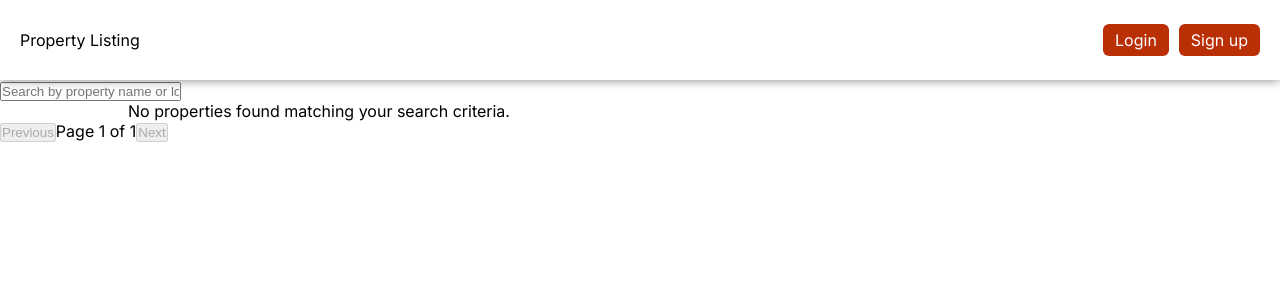
Repository: rehmanwahalah/property-fe
Page: /
The author's editor kept a copy of each file at every save. The page is drawn from the files as they stood at one save, then again after the next save.
The browser window is 1280 px wide. The pictures show the whole page.
The page's requests for data from a server got no answer. The project was rebuilt for these pictures with package versions that can differ from the ones it lists, and the page was loaded fresh each time. The framework's server and built-in components were replaced by stand-ins that run in the browser. No one was signed in, and anything a server would have sent is missing. Also part of the build but not shown: next.config.mjs, src/app/components/Card/card.module.css, src/app/components/Button/button.module.css, src/app/components/Button/index.js, src/app/components/Card/index.js, src/app/components/Modal/modal.module.css, src/app/components/Modal/index.js.

Above is the page before, as saved 2024-09-04 22:55:04.

### src/app/page.js
"use client"; // Add this directive at the top

import React, { useEffect, useState, useCallback } from "react";
import classes from "./page.module.css";
import Card from "./components/Card";
import NavbarCustom from "./components/Navbar";
import { propertyService } from "@/services/property.service";

export default function Home() {
  const [listings, setListings] = useState([]);
  const [searchTerm, setSearchTerm] = useState(""); // Search term state
  const [currentPage, setCurrentPage] = useState(1); // Current page state
  const [totalPages, setTotalPages] = useState(1); // Total pages state
  const [isLoading, setIsLoading] = useState(false); // Loading state

  const fetchProperties = async (search = "", page = 1) => {
    setIsLoading(true);
    try {
      // Pass search term and page to API
      const resp = await propertyService.getPropertyListings(search, page, 20);
      if (resp.status === 200) {
        console.log(`RESP =>`, resp);

        setListings(resp.data.data); // Set the listings data
        setTotalPages(resp.data.totalPages); // Set the total pages
      }
    } catch (error) {
      console.log(error);
    } finally {
      setIsLoading(false);
    }
  };

  // Fetch properties when the component mounts or when page/search changes
  useEffect(() => {
    fetchProperties(searchTerm, currentPage);
  }, [searchTerm, currentPage]);

  // Debounce function to delay search API calls until user stops typing
  const debounce = (func, delay) => {
    let debounceTimer;
    return (...args) => {
      clearTimeout(debounceTimer);
      debounceTimer = setTimeout(() => func.apply(this, args), delay);
    };
  };

  // Handle search input and debounce it
  const handleSearch = (e) => {
    const searchValue = e.target.value;
    setSearchTerm(searchValue);
  };

  // Debounced search function (wait for 500ms after user stops typing)
  const debouncedSearch = useCallback(debounce(handleSearch, 500), []);

  // Handle page change
  const handlePageChange = (newPage) => {
    if (newPage >= 1 && newPage <= totalPages) {
      setCurrentPage(newPage);
    }
  };

  return (
    <>
      <NavbarCustom />

      {/* Search Input */}
      <div className={classes.searchWrapper}>
        <input
          type="text"
          placeholder="Search by property name or location"
          onChange={debouncedSearch} // Debounced search input
          className={classes.searchInput}
        />
      </div>

      <main className={classes.main}>
        {isLoading ? (
          <p>Loading...</p>
        ) : (
          <section className={`container ${classes.cardsWrapper}`}>
            {listings.length > 0 ? (
              listings.map((property, i) => (
                <React.Fragment key={i}>
                  <Card property={property} />
                </React.Fragment>
              ))
            ) : (
              <p>No properties found matching your search criteria.</p>
            )}
          </section>
        )}

        {/* Pagination Controls */}
        <div className={classes.paginationWrapper}>
          <button
            onClick={() => handlePageChange(currentPage - 1)}
            disabled={currentPage === 1}
          >
            Previous
          </button>
          <span>
            Page {currentPage} of {totalPages}
          </span>
          <button
            onClick={() => handlePageChange(currentPage + 1)}
            disabled={currentPage === totalPages}
          >
            Next
          </button>
        </div>
      </main>
    </>
  );
}

### src/app/globals.css
* {
  box-sizing: border-box;
  padding: 0;
  margin: 0;
}
.container{
  max-width: 80%;
  margin: 0 auto;
}
.errorText {
  color: red;
  font-size: 0.875rem; /* Adjust the size as needed */
  margin-top: 0.25rem; /* Space between the input and error message */
}

### src/app/page.module.css
.cardsWrapper{
    display: flex;
    flex-wrap: wrap;
    gap: 20px;
}

### src/app/components/Navbar/index.js
"use client";

import React, { useState } from "react";
import classes from "./navbar.module.css";
import Modal from "../Modal";
import { authService } from "@/services/auth";
import {
  getUserData,
  removeUserData,
  setUserData,
} from "../../../../utils/localstorage";

const NavbarCustom = () => {
  const [isLoginModalOpen, setIsLoginModalOpen] = useState(false);
  const [isSignupModalOpen, setSignupModalOpen] = useState(false);
  const [loginForm, setLoginForm] = useState({ email: "", password: "" });
  const [signupForm, setSignupForm] = useState({
    name: "",
    email: "",
    password: "",
    confirmPassword: "",
  });

  // Add a state to track user login/logout status
  const [isLoggedOut, setIsLoggedOut] = useState(false);

  const userData = getUserData();

  const [formErrors, setFormErrors] = useState({});

  const openLoginModal = () => setIsLoginModalOpen(true);
  const closeLoginModal = () => {
    setIsLoginModalOpen(false);
    setFormErrors({});
    setLoginForm({ email: "", password: "" });
  };

  const openSignupModal = () => setSignupModalOpen(true);
  const closeSignupModal = () => {
    setSignupModalOpen(false);
    setFormErrors({});
    setSignupForm({ name: "", email: "", password: "", confirmPassword: "" });
  };

  const handleLoginInputChange = (e) => {
    const { name, value } = e.target;
    setLoginForm({ ...loginForm, [name]: value });
  };

  const handleSignupInputChange = (e) => {
    const { name, value } = e.target;
    setSignupForm({ ...signupForm, [name]: value });
  };

  const validateLogin = () => {
    const errors = {};
    if (!loginForm.email) errors.email = "E-mail is required";
    if (!loginForm.password) errors.password = "Password is required";
    setFormErrors(errors);
    return Object.keys(errors).length === 0;
  };

  const validateSignup = () => {
    const errors = {};
    if (!signupForm.name) errors.name = "Name is required";
    if (!signupForm.email) errors.email = "E-mail is required";
    if (!signupForm.password) errors.password = "Password is required";
    if (signupForm.password !== signupForm.confirmPassword)
      errors.confirmPassword = "Passwords do not match";
    setFormErrors(errors);
    return Object.keys(errors).length === 0;
  };

  const handleLoginSubmit = async (e) => {
    e.preventDefault();
    if (validateLogin()) {
      const payload = {
        identifier: loginForm.email,
        password: loginForm.password,
      };

      const user = await authService.login(payload);
      if (user.status === 200) {
        setUserData("user", JSON.stringify(user.data.data));
        setIsLoggedOut(false); // User has logged in, update the state
        closeLoginModal();
      }
    }
  };

  const handleSignupSubmit = async (e) => {
    e.preventDefault();
    if (validateSignup()) {
      const payload = {
        name: loginForm.name,
        email: loginForm.email,
        password: loginForm.password,
      };

      const user = await authService.signUp(payload);
      if (user.status === 200) {
        setUserData(user.data.data);
        closeSignupModal();
      }
    }
  };

  const handleLogout = () => {
    removeUserData();
    setIsLoggedOut(true); // Set state to force re-render
  };

  console.log(`userData =>`, userData);

  return (
    <>
      <div className={classes.navbarContainer}>
        <div className={classes.brandBox}>
          <a>Property Listing</a>
        </div>
        <div className={classes.linksWrapper}>
          {!userData ? (
            <>
              <div className={classes.loginBtn} onClick={openLoginModal}>
                Login
              </div>
              <div className={classes.signupBtn} onClick={openSignupModal}>
                Sign up
              </div>
            </>
          ) : (
            <>
              {userData?.user?.name}
              <div className={classes.loginBtn} onClick={handleLogout}>
                Logout
              </div>
            </>
          )}
        </div>
      </div>

      {/* Login Modal */}
      <Modal isOpen={isLoginModalOpen} onClose={closeLoginModal}>
        <div className={classes.modalHeader}>Login</div>
        <div className={classes.modalBody}>
          <form className={classes.formWrapper} onSubmit={handleLoginSubmit}>
            <div className={classes.inputWrapper}>
              <input
                type="email"
                name="email"
                className={classes.input}
                placeholder="E-mail"
                id="email"
                aria-label="E-mail"
                value={loginForm.email}
                onChange={handleLoginInputChange}
                required
              />
              {formErrors.email && (
                <span className={classes.errorText}>{formErrors.email}</span>
              )}
            </div>
            <div className={classes.inputWrapper}>
              <input
                type="password"
                name="password"
                className={classes.input}
                placeholder="Password"
                id="password"
                aria-label="Password"
                value={loginForm.password}
                onChange={handleLoginInputChange}
                required
              />
              {formErrors.password && (
                <span className={classes.errorText}>{formErrors.password}</span>
              )}
            </div>
            <label className={classes.mycheckbox}>
              <input type="checkbox" className={classes.checkBoxInput} />
              <span>
                <span> Remember Me </span>
              </span>
            </label>

            <div className={classes.signInForgotPass}>
              <button className={classes.signInBtn} type="submit">
                Login
              </button>
              <button className={classes.forgotBtn} type="button">
                Forget Password
              </button>
            </div>
          </form>
        </div>
      </Modal>

      {/* Signup Modal */}
      <Modal isOpen={isSignupModalOpen} onClose={closeSignupModal}>
        <div className={classes.modalHeader}>Signup</div>
        <div className={classes.modalBody}>
          <form className={classes.formWrapper} onSubmit={handleSignupSubmit}>
            <div className={classes.inputWrapper}>
              <input
                type="text"
                name="name"
                className={classes.input}
                placeholder="Name"
                id="name"
                aria-label="Name"
                value={signupForm.name}
                onChange={handleSignupInputChange}
                required
              />
              {formErrors.name && (
                <span className={classes.errorText}>{formErrors.name}</span>
              )}
            </div>
            <div className={classes.inputWrapper}>
              <input
                type="email"
                name="email"
                className={classes.input}
                placeholder="E-mail"
                id="email"
                aria-label="E-mail"
                value={signupForm.email}
                onChange={handleSignupInputChange}
                required
              />
              {formErrors.email && (
                <span className={classes.errorText}>{formErrors.email}</span>
              )}
            </div>
            <div className={classes.inputWrapper}>
              <input
                type="password"
                name="password"
                className={classes.input}
                placeholder="Password"
                id="password"
                aria-label="Password"
                value={signupForm.password}
                onChange={handleSignupInputChange}
                required
              />
              {formErrors.password && (
                <span className={classes.errorText}>{formErrors.password}</span>
              )}
            </div>
            <div className={classes.inputWrapper}>
              <input
                type="password"
                name="confirmPassword"
                className={classes.input}
                placeholder="Confirm Password"
                id="confirmPassword"
                aria-label="Confirm Password"
                value={signupForm.confirmPassword}
                onChange={handleSignupInputChange}
                required
              />
              {formErrors.confirmPassword && (
                <span className={classes.errorText}>
                  {formErrors.confirmPassword}
                </span>
              )}
            </div>
            <label className={classes.mycheckbox}>
              <input type="checkbox" className={classes.checkBoxInput} />
              <span>
                <span>
                  {" "}
                  By creating an account you agree on{" "}
                  <strong>Property Turkey</strong>
                </span>
              </span>
            </label>
            <div className={classes.signInForgotPass}>
              <button className={classes.signInBtn} type="submit">
                Register
              </button>
            </div>
          </form>
        </div>
      </Modal>
    </>
  );
};

export default NavbarCustom;

### src/services/property.service.ts
import { HttpService } from "./base.service";

class PropertyService extends HttpService {
  private readonly prefix: string = "property";

  getDashboardListings = (): Promise<any> =>
    this.get(`${this.prefix}/listings/dashboard`);
  getPropertyListings = (search, page, limit): Promise<any> =>
    this.get(
      `${this.prefix}/listings?search=${search}page=${page}&limit=${limit}`
    );
  getClaimedTransactions = (): Promise<any> =>
    this.get(`${this.prefix}/claimed`);
  createTransaction = (body: any): Promise<any> =>
    this.post(`${this.prefix}/create`, body);
  updateTransaction = (body: any): Promise<any> =>
    this.post(`${this.prefix}/update`, body);
}
// nextEnergy;

export const propertyService = new PropertyService();

### src/app/components/Navbar/navbar.module.css
.navbarContainer{
    height: 80px;
    display: flex;
    width: 100%;
    background-color: #fff;
    box-shadow: 0 0 10px rgba(0,0,0,0.5);
    position: sticky;
    top: 0;
    z-index: 500;
    padding: 0 20px;
}
.brandBox{
    display: flex;
    align-items: center;
}
.linksWrapper{
    margin-left: auto;
    display: flex;
    align-items: center;
}
.signupBtn,
.loginBtn{
    padding: 6px 12px;
    border-radius: 6px;
    background-color: #b93006;
    color: #fff;
    cursor: pointer;
}
.loginBtn{
    margin-right: 10px;
}
.modalHeader{}
.modalBody{}
.formWrapper{
    padding: 20px 40px;
}
.inputWrapper{
    margin-bottom: 8px;
}

.inputWrapper .input{
    padding: 8px;
    font: inherit;
    border: 1px solid rgba(0, 0, 0, 0.1);
    width: 100%;
    outline: none;
    transition: all 0.2s;
    color: #495057;
    background-color: #fff;
    background-clip: padding-box;
    height: calc(1.5em + .75rem + 2px);
    border-radius: 4px;
}
.inputWrapper .input:focus{
    box-shadow: inset 2px 2px 10px -5px #797979;
    color: #495057;
    background-color: #fff;
    border-color: #80bdff;
    outline: 0;
}
.mycheckbox{
    margin-bottom: 8px;
    display: block;
}
.signInForgotPass{
    margin-bottom: 8px;
}
.signInBtn{
    padding: 8px;
    border: none;
    background-color: #82181A;
    color: white;
    text-align: center;
    cursor: pointer;
}
.forgotBtn{
    display: inline-block;
    font-weight: 400;
    color: #212529;
    text-align: center;
    vertical-align: middle;
    -webkit-user-select: none;
    -moz-user-select: none;
    -ms-user-select: none;
    user-select: none;
    background-color: transparent;
    border: 1px solid transparent;
    padding: .375rem .75rem;
    font-size: 1rem;
    line-height: 1.5;
    border-radius: .25rem;
    transition: color .15s ease-in-out, background-color .15s ease-in-out;
    cursor: pointer;
}

### src/services/auth.ts
import { HttpService } from "./base.service";

class AuthService extends HttpService {
  private readonly prefix: string = "auth";

  signUp = (body: any): Promise<any> =>
    this.post(`${this.prefix}/signup`, body);
  login = (body: any): Promise<any> => this.post(`${this.prefix}/login`, body);
}

export const authService = new AuthService();

### utils/localstorage.js
// Save user data to localStorage
export const setUserData = (userData) => {
  localStorage.setItem("user", JSON.stringify(userData));
};

// Get user data from localStorage
export const getUserData = () => {
  const userData = localStorage.getItem("user");
  return userData ? JSON.parse(userData) : null;
};

// Remove user data from localStorage
export const removeUserData = () => {
  localStorage.removeItem("user");
};

### src/services/base.service.ts
import axios, { CancelTokenStatic, CancelTokenSource } from 'axios'
import { baseURL } from '../constant/env.constant'


export class HttpService {
	CancelToken: CancelTokenStatic
	source: CancelTokenSource

	constructor() {
		this.CancelToken = axios.CancelToken
		this.source = this.CancelToken.source()
	}

	/**
	 * Set Token On Header
	 * @param token
	 */
	static setToken(token: string | any): void {

		(axios as any).defaults.headers['Authorization'] = `Bearer ${token}`
	}

	/**
	 * Fetch data from server
	 * @param url Endpoint link
	 * @return Promise
	 */
	protected get = async (url: string, params?: any): Promise<any> => {
		const test = await axios.get(`${baseURL}/${url}`, {
			params,
			cancelToken: this.source.token,
		})


		return test
	}
	/**
	 * Write data over server
	 * @param url Endpoint link
	 * @param body Data to send over server
	 * @return Promise
	 */
	protected post = async (url: string, body: any, options = {}): Promise<any> => {

		const test = await axios.post(`${baseURL}/${url}`, body, {
			...options,
			cancelToken: this.source.token,
		})

		return test
	}

	/**
	 * Delete Data From Server
	 * @param url Endpoint link
	 * @param params Embed as query params
	 * @return Promise
	 */
	protected delete = (url: string, params?: any, data?: any): Promise<any> =>
		axios.delete(`${baseURL}/${url}`, { params, data })

	/**
	 * Update data on server
	 * @param url Endpoint link
	 * @param body Data to send over server
	 * @param params Embed as query params
	 * @return Promise
	 */
	protected put = (url: string, body?: any, params?: any): Promise<any> =>
		axios.put(`${baseURL}/${url}`, body, {
			...params,
			cancelToken: this.source.token,
		})

	private updateCancelToken() {
		this.source = this.CancelToken.source()
	}

	cancel = () => {
		this.source.cancel('Explicitly cancelled HTTP request')
		this.updateCancelToken()
	}
}

### src/constant/env.constant.ts
export const baseURL = "http://localhost:8080";

Loaded but not shown: src/app/layout.js (common file)

After the next save:
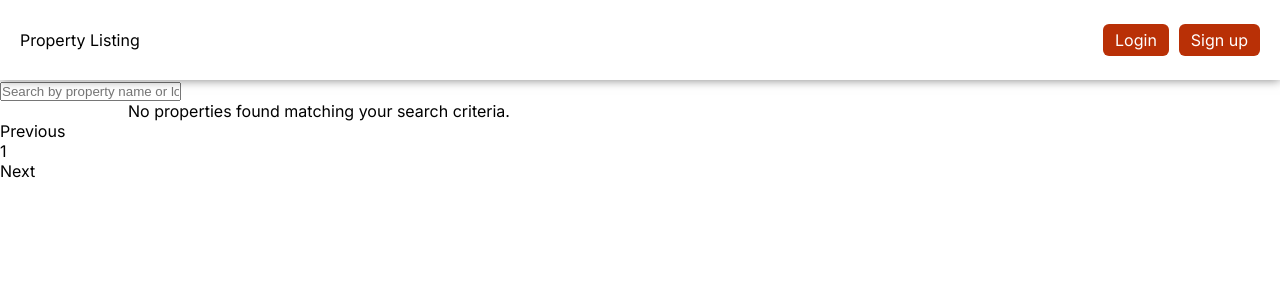
Saved 2 min 47 s later.
--- a/src/app/page.js
+++ b/src/app/page.js
@@ -4,12 +4,13 @@ import React, { useEffect, useState, useCallback } from "react";
 import classes from "./page.module.css";
 import Card from "./components/Card";
 import NavbarCustom from "./components/Navbar";
+import ReactPaginate from "react-paginate";
 import { propertyService } from "@/services/property.service";
 
 export default function Home() {
   const [listings, setListings] = useState([]);
   const [searchTerm, setSearchTerm] = useState(""); // Search term state
-  const [currentPage, setCurrentPage] = useState(1); // Current page state
+  const [currentPage, setCurrentPage] = useState(0); // Current page state, 0-based index for react-paginate
   const [totalPages, setTotalPages] = useState(1); // Total pages state
   const [isLoading, setIsLoading] = useState(false); // Loading state
 
@@ -18,9 +19,9 @@ export default function Home() {
     try {
       // Pass search term and page to API
       const resp = await propertyService.getPropertyListings(search, page, 20);
+      console.log(`RESP =>`, resp);
+
       if (resp.status === 200) {
-        console.log(`RESP =>`, resp);
-
         setListings(resp.data.data); // Set the listings data
         setTotalPages(resp.data.totalPages); // Set the total pages
       }
@@ -33,7 +34,7 @@ export default function Home() {
 
   // Fetch properties when the component mounts or when page/search changes
   useEffect(() => {
-    fetchProperties(searchTerm, currentPage);
+    fetchProperties(searchTerm, currentPage + 1); // Add 1 to currentPage for 1-based index API
   }, [searchTerm, currentPage]);
 
   // Debounce function to delay search API calls until user stops typing
@@ -54,11 +55,10 @@ export default function Home() {
   // Debounced search function (wait for 500ms after user stops typing)
   const debouncedSearch = useCallback(debounce(handleSearch, 500), []);
 
-  // Handle page change
-  const handlePageChange = (newPage) => {
-    if (newPage >= 1 && newPage <= totalPages) {
-      setCurrentPage(newPage);
-    }
+  // Handle page change for react-paginate
+  const handlePageClick = (data) => {
+    const selectedPage = data.selected; // selected is 0-based index
+    setCurrentPage(selectedPage);
   };
 
   return (
@@ -92,24 +92,21 @@ export default function Home() {
           </section>
         )}
 
-        {/* Pagination Controls */}
-        <div className={classes.paginationWrapper}>
-          <button
-            onClick={() => handlePageChange(currentPage - 1)}
-            disabled={currentPage === 1}
-          >
-            Previous
-          </button>
-          <span>
-            Page {currentPage} of {totalPages}
-          </span>
-          <button
-            onClick={() => handlePageChange(currentPage + 1)}
-            disabled={currentPage === totalPages}
-          >
-            Next
-          </button>
-        </div>
+        {/* React Pagination */}
+        <ReactPaginate
+          previousLabel={"Previous"}
+          nextLabel={"Next"}
+          breakLabel={"..."}
+          pageCount={totalPages} // Total number of pages
+          marginPagesDisplayed={2}
+          pageRangeDisplayed={3}
+          onPageChange={handlePageClick} // Handle page click
+          containerClassName={classes.paginationWrapper} // Custom CSS for pagination container
+          activeClassName={classes.activePage} // Active page CSS
+          previousClassName={classes.previousButton} // Previous button CSS
+          nextClassName={classes.nextButton} // Next button CSS
+          disabledClassName={classes.disabledButton} // Disabled button CSS
+        />
       </main>
     </>
   );
